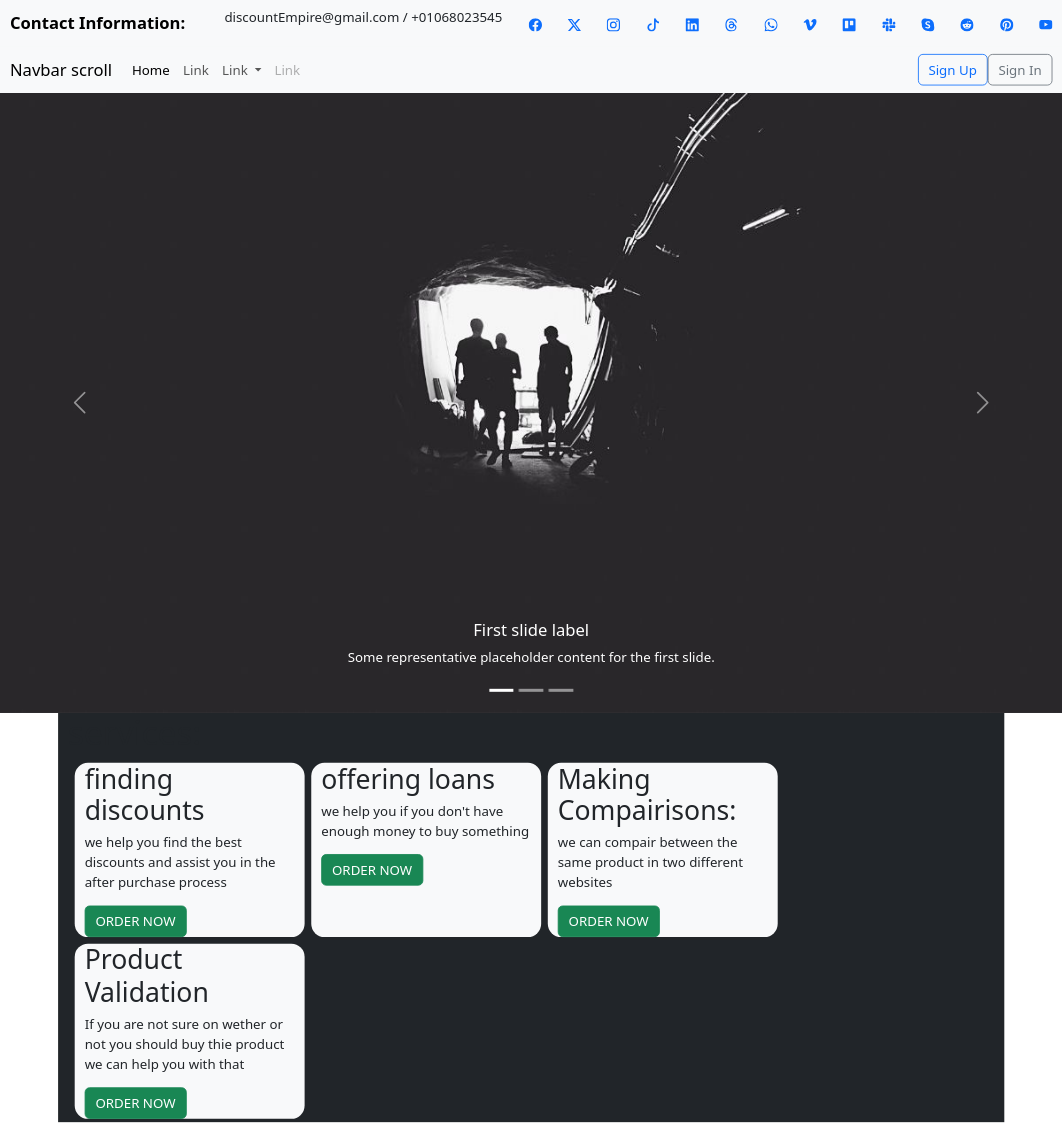
Repository: HaziimYassien/The-Discount-Empire
Page: index.html
The author's editor kept a copy of each file at every save. The page is drawn from the files as they stood at one save, then again after the next save.
The browser window is 1280 px wide. The pictures show the whole page, at 83% of full size.

Above is the page before, as saved 2024-01-24 18:56:43.

### index.html
<!DOCTYPE html>
<html lang="en">
  <head>
    <meta charset="UTF-8" />
    <meta name="viewport" content="width=device-width, initial-scale=1.0" />
<link href="https://cdn.jsdelivr.net/npm/bootstrap@5.3.2/dist/css/bootstrap.min.css" rel="stylesheet" integrity="sha384-T3c6CoIi6uLrA9TneNEoa7RxnatzjcDSCmG1MXxSR1GAsXEV/Dwwykc2MPK8M2HN" crossorigin="anonymous">
<script src="https://cdn.jsdelivr.net/npm/bootstrap@5.3.2/dist/js/bootstrap.bundle.min.js" integrity="sha384-C6RzsynM9kWDrMNeT87bh95OGNyZPhcTNXj1NW7RuBCsyN/o0jlpcV8Qyq46cDfL" crossorigin="anonymous"></script>

    <title>Document</title>
  </head>
  <body>
    <!-- START _SocialMediaBar -->
<nav class="h-auto navbar sticky-top navbar-light bg-light">
  <div class="h-1 container-fluid">
    <strong class="mb-0 navbar-brand" href="#">Contact Information:  </strong>
    <p>discountEmpire@gmail.com / +01068023545</p>
    <a href="#">
 <svg xmlns="http://www.w3.org/2000/svg" width="16" height="16" fill="currentColor" class="bi bi-facebook" viewBox="0 0 16 16">
  <path d="M16 8.049c0-4.446-3.582-8.05-8-8.05C3.58 0-.002 3.603-.002 8.05c0 4.017 2.926 7.347 6.75 7.951v-5.625h-2.03V8.05H6.75V6.275c0-2.017 1.195-3.131 3.022-3.131.876 0 1.791.157 1.791.157v1.98h-1.009c-.993 0-1.303.621-1.303 1.258v1.51h2.218l-.354 2.326H9.25V16c3.824-.604 6.75-3.934 6.75-7.951"/>
</svg>
    </a>

    <a href="#">
<svg xmlns="http://www.w3.org/2000/svg" width="16" height="16" fill="currentColor" class="bi bi-twitter-x" viewBox="0 0 16 16">
  <path d="M12.6.75h2.454l-5.36 6.142L16 15.25h-4.937l-3.867-5.07-4.425 5.07H.316l5.733-6.57L0 .75h5.063l3.495 4.633L12.601.75Zm-.86 13.028h1.36L4.323 2.145H2.865z"/>
</svg>
</a>
<a href="#">
<svg xmlns="http://www.w3.org/2000/svg" width="16" height="16" fill="currentColor" class="bi bi-instagram" viewBox="0 0 16 16">
  <path d="M8 0C5.829 0 5.556.01 4.703.048 3.85.088 3.269.222 2.76.42a3.9 3.9 0 0 0-1.417.923A3.9 3.9 0 0 0 .42 2.76C.222 3.268.087 3.85.048 4.7.01 5.555 0 5.827 0 8.001c0 2.172.01 2.444.048 3.297.04.852.174 1.433.372 1.942.205.526.478.972.923 1.417.444.445.89.719 1.416.923.51.198 1.09.333 1.942.372C5.555 15.99 5.827 16 8 16s2.444-.01 3.298-.048c.851-.04 1.434-.174 1.943-.372a3.9 3.9 0 0 0 1.416-.923c.445-.445.718-.891.923-1.417.197-.509.332-1.09.372-1.942C15.99 10.445 16 10.173 16 8s-.01-2.445-.048-3.299c-.04-.851-.175-1.433-.372-1.941a3.9 3.9 0 0 0-.923-1.417A3.9 3.9 0 0 0 13.24.42c-.51-.198-1.092-.333-1.943-.372C10.443.01 10.172 0 7.998 0zm-.717 1.442h.718c2.136 0 2.389.007 3.232.046.78.035 1.204.166 1.486.275.373.145.64.319.92.599s.453.546.598.92c.11.281.24.705.275 1.485.039.843.047 1.096.047 3.231s-.008 2.389-.047 3.232c-.035.78-.166 1.203-.275 1.485a2.5 2.5 0 0 1-.599.919c-.28.28-.546.453-.92.598-.28.11-.704.24-1.485.276-.843.038-1.096.047-3.232.047s-2.39-.009-3.233-.047c-.78-.036-1.203-.166-1.485-.276a2.5 2.5 0 0 1-.92-.598 2.5 2.5 0 0 1-.6-.92c-.109-.281-.24-.705-.275-1.485-.038-.843-.046-1.096-.046-3.233s.008-2.388.046-3.231c.036-.78.166-1.204.276-1.486.145-.373.319-.64.599-.92s.546-.453.92-.598c.282-.11.705-.24 1.485-.276.738-.034 1.024-.044 2.515-.045zm4.988 1.328a.96.96 0 1 0 0 1.92.96.96 0 0 0 0-1.92m-4.27 1.122a4.109 4.109 0 1 0 0 8.217 4.109 4.109 0 0 0 0-8.217m0 1.441a2.667 2.667 0 1 1 0 5.334 2.667 2.667 0 0 1 0-5.334"/>
</svg>
</a>
<a href="#">
<svg xmlns="http://www.w3.org/2000/svg" width="16" height="16" fill="currentColor" class="bi bi-tiktok" viewBox="0 0 16 16">
  <path d="M9 0h1.98c.144.715.54 1.617 1.235 2.512C12.895 3.389 13.797 4 15 4v2c-1.753 0-3.07-.814-4-1.829V11a5 5 0 1 1-5-5v2a3 3 0 1 0 3 3z"/>
</svg>
</a>
<a href="#">
<svg xmlns="http://www.w3.org/2000/svg" width="16" height="16" fill="currentColor" class="bi bi-linkedin" viewBox="0 0 16 16">
  <path d="M0 1.146C0 .513.526 0 1.175 0h13.65C15.474 0 16 .513 16 1.146v13.708c0 .633-.526 1.146-1.175 1.146H1.175C.526 16 0 15.487 0 14.854zm4.943 12.248V6.169H2.542v7.225zm-1.2-8.212c.837 0 1.358-.554 1.358-1.248-.015-.709-.52-1.248-1.342-1.248S2.4 3.226 2.4 3.934c0 .694.521 1.248 1.327 1.248zm4.908 8.212V9.359c0-.216.016-.432.08-.586.173-.431.568-.878 1.232-.878.869 0 1.216.662 1.216 1.634v3.865h2.401V9.25c0-2.22-1.184-3.252-2.764-3.252-1.274 0-1.845.7-2.165 1.193v.025h-.016l.016-.025V6.169h-2.4c.03.678 0 7.225 0 7.225z"/>
</svg>
</a>
<a href="#">
<svg xmlns="http://www.w3.org/2000/svg" width="16" height="16" fill="currentColor" class="bi bi-threads" viewBox="0 0 16 16">
  <path d="M6.321 6.016c-.27-.18-1.166-.802-1.166-.802.756-1.081 1.753-1.502 3.132-1.502.975 0 1.803.327 2.394.948s.928 1.509 1.005 2.644q.492.207.905.484c1.109.745 1.719 1.86 1.719 3.137 0 2.716-2.226 5.075-6.256 5.075C4.594 16 1 13.987 1 7.994 1 2.034 4.482 0 8.044 0 9.69 0 13.55.243 15 5.036l-1.36.353C12.516 1.974 10.163 1.43 8.006 1.43c-3.565 0-5.582 2.171-5.582 6.79 0 4.143 2.254 6.343 5.63 6.343 2.777 0 4.847-1.443 4.847-3.556 0-1.438-1.208-2.127-1.27-2.127-.236 1.234-.868 3.31-3.644 3.31-1.618 0-3.013-1.118-3.013-2.582 0-2.09 1.984-2.847 3.55-2.847.586 0 1.294.04 1.663.114 0-.637-.54-1.728-1.9-1.728-1.25 0-1.566.405-1.967.868ZM8.716 8.19c-2.04 0-2.304.87-2.304 1.416 0 .878 1.043 1.168 1.6 1.168 1.02 0 2.067-.282 2.232-2.423a6.2 6.2 0 0 0-1.528-.161"/>
</svg>
</a>
<a href="#">
<svg xmlns="http://www.w3.org/2000/svg" width="16" height="16" fill="currentColor" class="bi bi-whatsapp" viewBox="0 0 16 16">
  <path d="M13.601 2.326A7.85 7.85 0 0 0 7.994 0C3.627 0 .068 3.558.064 7.926c0 1.399.366 2.76 1.057 3.965L0 16l4.204-1.102a7.9 7.9 0 0 0 3.79.965h.004c4.368 0 7.926-3.558 7.93-7.93A7.9 7.9 0 0 0 13.6 2.326zM7.994 14.521a6.6 6.6 0 0 1-3.356-.92l-.24-.144-2.494.654.666-2.433-.156-.251a6.56 6.56 0 0 1-1.007-3.505c0-3.626 2.957-6.584 6.591-6.584a6.56 6.56 0 0 1 4.66 1.931 6.56 6.56 0 0 1 1.928 4.66c-.004 3.639-2.961 6.592-6.592 6.592m3.615-4.934c-.197-.099-1.17-.578-1.353-.646-.182-.065-.315-.099-.445.099-.133.197-.513.646-.627.775-.114.133-.232.148-.43.05-.197-.1-.836-.308-1.592-.985-.59-.525-.985-1.175-1.103-1.372-.114-.198-.011-.304.088-.403.087-.088.197-.232.296-.346.1-.114.133-.198.198-.33.065-.134.034-.248-.015-.347-.05-.099-.445-1.076-.612-1.47-.16-.389-.323-.335-.445-.34-.114-.007-.247-.007-.38-.007a.73.73 0 0 0-.529.247c-.182.198-.691.677-.691 1.654s.71 1.916.81 2.049c.098.133 1.394 2.132 3.383 2.992.47.205.84.326 1.129.418.475.152.904.129 1.246.08.38-.058 1.171-.48 1.338-.943.164-.464.164-.86.114-.943-.049-.084-.182-.133-.38-.232"/>
</svg>
</a>
<a href="#">
<svg xmlns="http://www.w3.org/2000/svg" width="16" height="16" fill="currentColor" class="bi bi-vimeo" viewBox="0 0 16 16">
  <path d="M15.992 4.204q-.106 2.334-3.262 6.393-3.263 4.243-5.522 4.243-1.4 0-2.367-2.583L3.55 7.523Q2.83 4.939 2.007 4.94q-.178.001-1.254.754L0 4.724a210 210 0 0 0 2.334-2.081q1.581-1.364 2.373-1.437 1.865-.185 2.298 2.553.466 2.952.646 3.666.54 2.447 1.186 2.445.5 0 1.508-1.587 1.006-1.587 1.077-2.415.144-1.37-1.077-1.37a3 3 0 0 0-1.185.261q1.183-3.86 4.508-3.756 2.466.075 2.324 3.2z"/>
</svg>
</a>
<a href="#">
<svg xmlns="http://www.w3.org/2000/svg" width="16" height="16" fill="currentColor" class="bi bi-trello" viewBox="0 0 16 16">
  <path d="M14.1 0H1.903C.852 0 .002.85 0 1.9v12.19A1.9 1.9 0 0 0 1.902 16h12.199A1.9 1.9 0 0 0 16 14.09V1.9A1.9 1.9 0 0 0 14.1 0M7 11.367a.636.636 0 0 1-.64.633H3.593a.633.633 0 0 1-.63-.633V3.583c0-.348.281-.631.63-.633h2.765c.35.002.632.284.633.633zm6.052-3.5a.633.633 0 0 1-.64.633h-2.78A.636.636 0 0 1 9 7.867V3.583a.636.636 0 0 1 .633-.633h2.778c.35.002.631.285.631.633z"/>
</svg>
</a>
<a href="#">
<svg xmlns="http://www.w3.org/2000/svg" width="16" height="16" fill="currentColor" class="bi bi-slack" viewBox="0 0 16 16">
  <path d="M3.362 10.11c0 .926-.756 1.681-1.681 1.681S0 11.036 0 10.111.756 8.43 1.68 8.43h1.682zm.846 0c0-.924.756-1.68 1.681-1.68s1.681.756 1.681 1.68v4.21c0 .924-.756 1.68-1.68 1.68a1.685 1.685 0 0 1-1.682-1.68zM5.89 3.362c-.926 0-1.682-.756-1.682-1.681S4.964 0 5.89 0s1.68.756 1.68 1.68v1.682zm0 .846c.924 0 1.68.756 1.68 1.681S6.814 7.57 5.89 7.57H1.68C.757 7.57 0 6.814 0 5.89c0-.926.756-1.682 1.68-1.682zm6.749 1.682c0-.926.755-1.682 1.68-1.682S16 4.964 16 5.889s-.756 1.681-1.68 1.681h-1.681zm-.848 0c0 .924-.755 1.68-1.68 1.68A1.685 1.685 0 0 1 8.43 5.89V1.68C8.43.757 9.186 0 10.11 0c.926 0 1.681.756 1.681 1.68zm-1.681 6.748c.926 0 1.682.756 1.682 1.681S11.036 16 10.11 16s-1.681-.756-1.681-1.68v-1.682h1.68zm0-.847c-.924 0-1.68-.755-1.68-1.68s.756-1.681 1.68-1.681h4.21c.924 0 1.68.756 1.68 1.68 0 .926-.756 1.681-1.68 1.681z"/>
</svg>
</a>
<a href="#">
<svg xmlns="http://www.w3.org/2000/svg" width="16" height="16" fill="currentColor" class="bi bi-skype" viewBox="0 0 16 16">
  <path d="M4.671 0c.88 0 1.733.247 2.468.702a7.42 7.42 0 0 1 6.02 2.118 7.37 7.37 0 0 1 2.167 5.215q0 .517-.072 1.026a4.66 4.66 0 0 1 .6 2.281 4.64 4.64 0 0 1-1.37 3.294A4.67 4.67 0 0 1 11.18 16c-.84 0-1.658-.226-2.37-.644a7.42 7.42 0 0 1-6.114-2.107A7.37 7.37 0 0 1 .529 8.035q0-.545.08-1.081a4.644 4.644 0 0 1 .76-5.59A4.68 4.68 0 0 1 4.67 0zm.447 7.01c.18.309.43.572.729.769a7 7 0 0 0 1.257.653q.737.308 1.145.523c.229.112.437.264.615.448.135.142.21.331.21.528a.87.87 0 0 1-.335.723c-.291.196-.64.289-.99.264a2.6 2.6 0 0 1-1.048-.206 11 11 0 0 1-.532-.253 1.3 1.3 0 0 0-.587-.15.72.72 0 0 0-.501.176.63.63 0 0 0-.195.491.8.8 0 0 0 .148.482 1.2 1.2 0 0 0 .456.354 5.1 5.1 0 0 0 2.212.419 4.6 4.6 0 0 0 1.624-.265 2.3 2.3 0 0 0 1.08-.801c.267-.39.402-.855.386-1.327a2.1 2.1 0 0 0-.279-1.101 2.5 2.5 0 0 0-.772-.792A7 7 0 0 0 8.486 7.3a1 1 0 0 0-.145-.058 18 18 0 0 1-1.013-.447 1.8 1.8 0 0 1-.54-.387.73.73 0 0 1-.2-.508.8.8 0 0 1 .385-.723 1.76 1.76 0 0 1 .968-.247c.26-.003.52.03.772.096q.412.119.802.293c.105.049.22.075.336.076a.6.6 0 0 0 .453-.19.7.7 0 0 0 .18-.496.72.72 0 0 0-.17-.476 1.4 1.4 0 0 0-.556-.354 3.7 3.7 0 0 0-.708-.183 6 6 0 0 0-1.022-.078 4.5 4.5 0 0 0-1.536.258 2.7 2.7 0 0 0-1.174.784 1.9 1.9 0 0 0-.45 1.287c-.01.37.076.736.25 1.063"/>
</svg>
</a>
<a href="#">
<svg xmlns="http://www.w3.org/2000/svg" width="16" height="16" fill="currentColor" class="bi bi-reddit" viewBox="0 0 16 16">
  <path d="M6.167 8a.83.83 0 0 0-.83.83c0 .459.372.84.83.831a.831.831 0 0 0 0-1.661m1.843 3.647c.315 0 1.403-.038 1.976-.611a.23.23 0 0 0 0-.306.213.213 0 0 0-.306 0c-.353.363-1.126.487-1.67.487-.545 0-1.308-.124-1.671-.487a.213.213 0 0 0-.306 0 .213.213 0 0 0 0 .306c.564.563 1.652.61 1.977.61zm.992-2.807c0 .458.373.83.831.83s.83-.381.83-.83a.831.831 0 0 0-1.66 0z"/>
  <path d="M16 8A8 8 0 1 1 0 8a8 8 0 0 1 16 0m-3.828-1.165c-.315 0-.602.124-.812.325-.801-.573-1.9-.945-3.121-.993l.534-2.501 1.738.372a.83.83 0 1 0 .83-.869.83.83 0 0 0-.744.468l-1.938-.41a.2.2 0 0 0-.153.028.2.2 0 0 0-.086.134l-.592 2.788c-1.24.038-2.358.41-3.17.992-.21-.2-.496-.324-.81-.324a1.163 1.163 0 0 0-.478 2.224q-.03.17-.029.353c0 1.795 2.091 3.256 4.669 3.256s4.668-1.451 4.668-3.256c0-.114-.01-.238-.029-.353.401-.181.688-.592.688-1.069 0-.65-.525-1.165-1.165-1.165"/>
</svg>
</a>
<a href="#">
<svg xmlns="http://www.w3.org/2000/svg" width="16" height="16" fill="currentColor" class="bi bi-pinterest" viewBox="0 0 16 16">
  <path d="M8 0a8 8 0 0 0-2.915 15.452c-.07-.633-.134-1.606.027-2.297.146-.625.938-3.977.938-3.977s-.239-.479-.239-1.187c0-1.113.645-1.943 1.448-1.943.682 0 1.012.512 1.012 1.127 0 .686-.437 1.712-.663 2.663-.188.796.4 1.446 1.185 1.446 1.422 0 2.515-1.5 2.515-3.664 0-1.915-1.377-3.254-3.342-3.254-2.276 0-3.612 1.707-3.612 3.471 0 .688.265 1.425.595 1.826a.24.24 0 0 1 .056.23c-.061.252-.196.796-.222.907-.035.146-.116.177-.268.107-1-.465-1.624-1.926-1.624-3.1 0-2.523 1.834-4.84 5.286-4.84 2.775 0 4.932 1.977 4.932 4.62 0 2.757-1.739 4.976-4.151 4.976-.811 0-1.573-.421-1.834-.919l-.498 1.902c-.181.695-.669 1.566-.995 2.097A8 8 0 1 0 8 0"/>
</svg>
</a>
<a href="#">
<svg xmlns="http://www.w3.org/2000/svg" width="16" height="16" fill="currentColor" class="bi bi-youtube" viewBox="0 0 16 16">
  <path d="M8.051 1.999h.089c.822.003 4.987.033 6.11.335a2.01 2.01 0 0 1 1.415 1.42c.101.38.172.883.22 1.402l.01.104.022.26.008.104c.065.914.073 1.77.074 1.957v.075c-.001.194-.01 1.108-.082 2.06l-.008.105-.009.104c-.05.572-.124 1.14-.235 1.558a2.01 2.01 0 0 1-1.415 1.42c-1.16.312-5.569.334-6.18.335h-.142c-.309 0-1.587-.006-2.927-.052l-.17-.006-.087-.004-.171-.007-.171-.007c-1.11-.049-2.167-.128-2.654-.26a2.01 2.01 0 0 1-1.415-1.419c-.111-.417-.185-.986-.235-1.558L.09 9.82l-.008-.104A31 31 0 0 1 0 7.68v-.123c.002-.215.01-.958.064-1.778l.007-.103.003-.052.008-.104.022-.26.01-.104c.048-.519.119-1.023.22-1.402a2.01 2.01 0 0 1 1.415-1.42c.487-.13 1.544-.21 2.654-.26l.17-.007.172-.006.086-.003.171-.007A100 100 0 0 1 7.858 2zM6.4 5.209v4.818l4.157-2.408z"/>
</svg>
</a>
  </div>
</nav>
    <!-- END _SocialMediaBar -->
    <!-- START _NavBar -->
    <nav class="navbar navbar-expand-lg navbar-light bg-light sticky-top">
      <div class="container-fluid">
        <a class="navbar-brand" href="#">Navbar scroll</a>
        <button
          class="navbar-toggler"
          type="button"
          data-bs-toggle="collapse"
          data-bs-target="#navbarScroll"
          aria-controls="navbarScroll"
          aria-expanded="false"
          aria-label="Toggle navigation"
        >
          <span class="navbar-toggler-icon"></span>
        </button>
        <div class="collapse navbar-collapse" id="navbarScroll">
          <ul
            class="navbar-nav me-auto my-2 my-lg-0 navbar-nav-scroll"
            style="--bs-scroll-height: 100px"
          >
            <li class="nav-item">
              <a class="nav-link active" aria-current="page" href="#">Home</a>
            </li>
            <li class="nav-item">
              <a class="nav-link" href="#">Link</a>
            </li>
            <li class="nav-item dropdown">
              <a
                class="nav-link dropdown-toggle"
                href="#"
                id="navbarScrollingDropdown"
                role="button"
                data-bs-toggle="dropdown"
                aria-expanded="false"
              >
                Link
              </a>
              <ul
                class="dropdown-menu"
                aria-labelledby="navbarScrollingDropdown"
              >
                <li><a class="dropdown-item" href="#">Action</a></li>
                <li><a class="dropdown-item" href="#">Another action</a></li>
                <li><hr class="dropdown-divider" /></li>
                <li>
                  <a class="dropdown-item" href="#">Something else here</a>
                </li>
              </ul>
            </li>
            <li class="nav-item">
              <a
                class="nav-link disabled"
                href="#"
                tabindex="-1"
                aria-disabled="true"
                >Link</a
              >
            </li>
          </ul>

            <button class="btn btn-outline-primary" type="#">
              Sign Up
            </button>
              <button class="btn btn-outline-secondary" type="#">
              Sign In
            </button>
          </form>
        </div>
      </div>
    </nav>
    <!-- END _NavBar -->


    <!-- START _Gallery -->

<div id="carouselExampleDark" class="carousel carousel-light slide" data-bs-ride="carousel">
  <div class="carousel-indicators">
    <button type="button" data-bs-target="#carouselExampleDark" data-bs-slide-to="0" class="active" aria-current="true" aria-label="Slide 1"></button>
    <button type="button" data-bs-target="#carouselExampleDark" data-bs-slide-to="1" aria-label="Slide 2"></button>
    <button type="button" data-bs-target="#carouselExampleDark" data-bs-slide-to="2" aria-label="Slide 3"></button>
  </div>
  <div class="carousel-inner">
    <div class="carousel-item active" data-bs-interval="10000">
      <img src="/img/la.jpg" class="d-block w-100" alt="...">
      <div class="carousel-caption d-none d-md-block">
        <h5>First slide label</h5>
        <p>Some representative placeholder content for the first slide.</p>
      </div>
    </div>
    <div class="carousel-item" data-bs-interval="2000">
      <img src="/img/la.jpg" class="d-block w-100" alt="...">
      <div class="carousel-caption d-none d-md-block">
        <h5>Second slide label</h5>
        <p>Some representative placeholder content for the second slide.</p>
      </div>
    </div>
    <div class="carousel-item">
      <img src="/img/la.jpg" class="d-block w-100" alt="...">
      <div class="carousel-caption d-none d-md-block">
        <h5>Third slide label</h5>
        <p>Some representative placeholder content for the third slide.</p>
      </div>
    </div>
  </div>
  <button class="carousel-control-prev" type="button" data-bs-target="#carouselExampleDark" data-bs-slide="prev">
    <span class="carousel-control-prev-icon" aria-hidden="true"></span>
    <span class="visually-hidden">Previous</span>
  </button>
  <button class="carousel-control-next" type="button" data-bs-target="#carouselExampleDark" data-bs-slide="next">
    <span class="carousel-control-next-icon" aria-hidden="true"></span>
    <span class="visually-hidden">Next</span>
  </button>
</div>
    <!-- END _Gallery -->



    <!-- START _Services -->
<section class="container bg-dark">
  <h1>services: </h1>

  <div class="row m-1">
  <div class="col-3 bg-light rounded-4 m-1">
    <h2>finding discounts</h2>
    <p>we help you find the best discounts and assist you in the after purchase process</p>
    <button type="button" class="btn btn-success">ORDER NOW</button>
  </div>
  <div class="col-3 bg-light rounded-4 m-1">
    <h2>offering loans</h2>
    <p>we help you if you don't have enough money to buy something</p>
    <button type="button" class="btn btn-success">ORDER NOW</button>
  </div>
  <div class="col-3 bg-light rounded-4 m-1">
    <h2>Making Compairisons: </h2>
    <p>we can compair between the same product in two different websites </p>
    <button type="button" class="btn btn-success">ORDER NOW</button>
  </div>
  <div class="col-3 bg-light rounded-4 m-1">
    <h2>Product Validation</h2>
    <p>If you are not sure on wether or not you should buy thie product we can help you with that </p>
    <button type="button" class="btn btn-success">ORDER NOW</button>
  </div>

</section>
    <!-- END _Services -->
  </body>
</html>

After the next save:
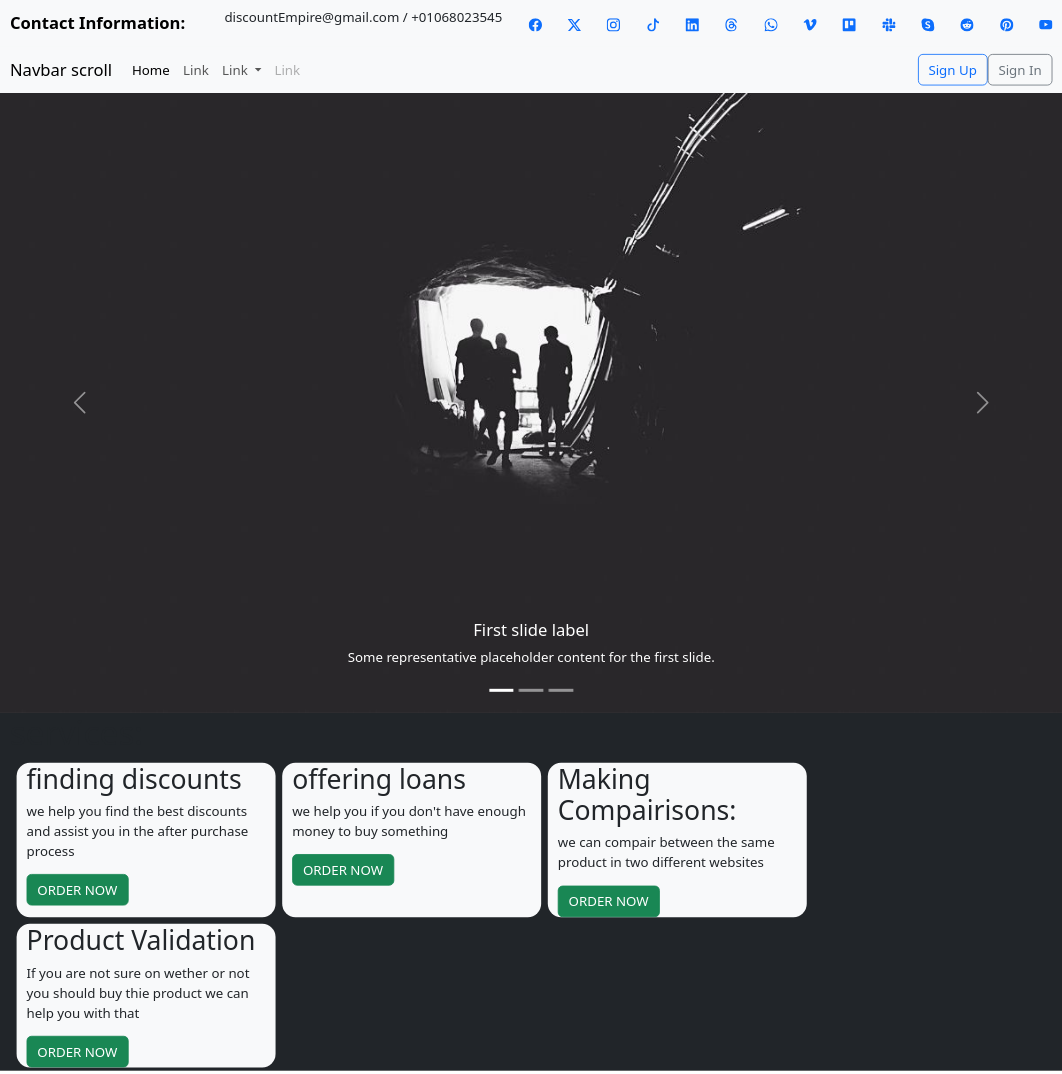
Saved 34 s later.
--- a/index.html
+++ b/index.html
@@ -207,7 +207,7 @@
 
 
     <!-- START _Services -->
-<section class="container bg-dark">
+<section class="container-fluid bg-dark">
   <h1>services: </h1>
 
   <div class="row m-1">
